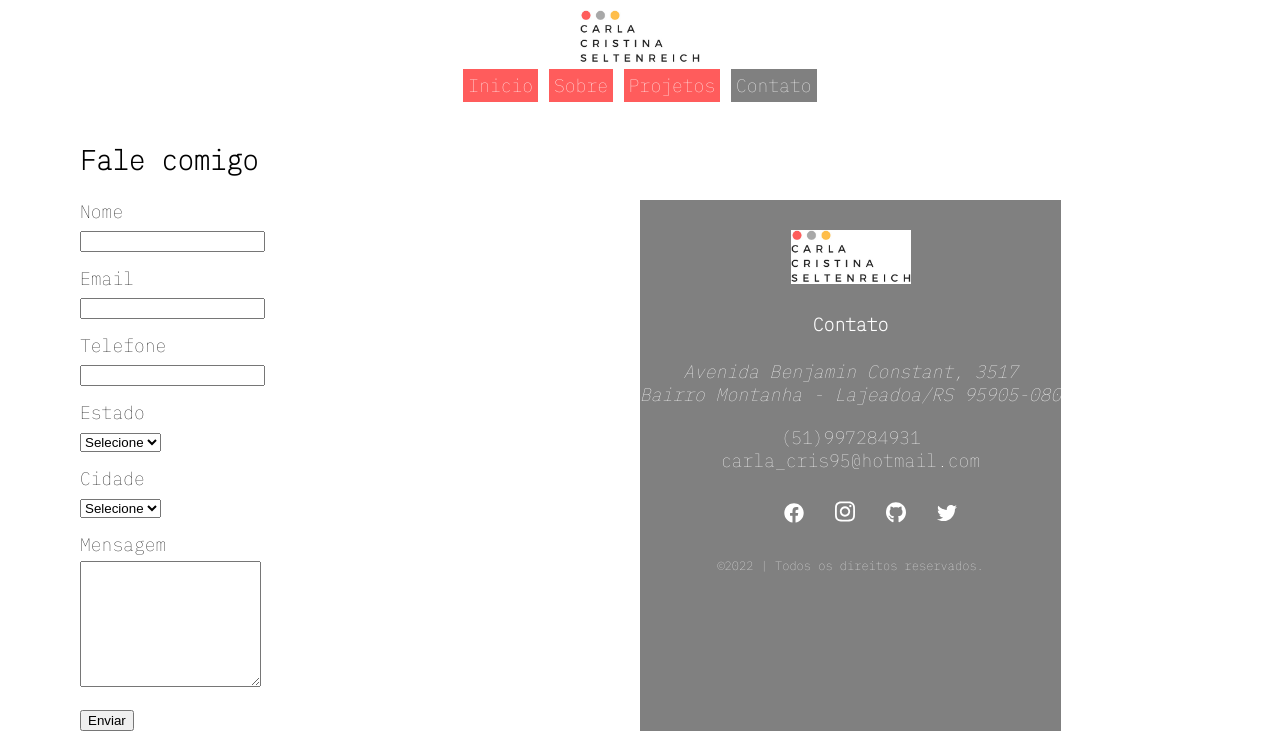
Repository: carla-seltenreich/portfolio
Page: contact.html
An editor plug-in stored every save of this project. The page is shown before and after the next save, followed by the edit.
The browser window is 1280 px wide. The pictures show the whole page.

Above is the page before, as saved 2022-05-26 04:37:35.

### contact.html
<!DOCTYPE html>
<html lang="en">

<head>
    <meta charset="UTF-8">
    <meta http-equiv="X-UA-Compatible" content="IE=edge">
    <meta name="viewport" content="width=device-width, initial-scale=1.0">
    <title>Carla Cristina Seltenreich</title>
    <link rel="preconnect" href="https://fonts.googleapis.com">
    <link rel="preconnect" href="https://fonts.gstatic.com" crossorigin>
    <link rel="stylesheet" href="style.css">

    <link href="preconnect" href="https://fonts.googleapis.com">
    <link rel="preconnect" href="https://fonts.gstatic.com" crossorigin>
    <link href="https://fonts.googleapis.com/css2?family=IBM+Plex+Mono:wght@100&family=Questrial&display=swap"
        rel="stylesheet">
</head>

<body>
    <header class="header">
        <div class="container header-container">
            <a href="index.html"><img src="Carla cristina sELTENREICH.jpg" alt="logo" class="brand"></a>
            <ul class="nav">
                <li>
                    <a href="index.html">Inicio</a>
                </li>
                <li>
                    <a href="about.html">Sobre</a>
                </li>
                <li>
                    <a href="project.html">Projetos</a>
                </li>
                <li>
                    <a href="contact.html" class="active">Contato</a>
                </li>
            </ul>
        </div>
    </header>
    <section class="container">
        <h2>Fale comigo</h2>
        <div class="page-contact">
            <form class="page-contact-form">
                <div class="form-group">
                    <label for="name">Nome</label>
                    <input class="form-item" type="text" id="name" name="name">
                </div>
                <div class="form-group">
                    <label for="email">Email</label>
                    <input class="form-item" type="email" id="email" name="email">
                </div>
                <div class="form-group">
                    <label for="phone">Telefone</label>
                    <input class="form-item" type="tel" id="phone" name="phone">
                </div>
                <div class="form-group">
                    <label for="UF">Estado</label>
                    <select class="form-item" id="UF" name="UF">
                        <option value="">Selecione</option>
                        <option value="rs">RS</option>
                    </select>
                </div>
                <div class="form-group">
                    <label for="city">Cidade</label>
                    <select class="form-item" id="city" name="city">
                        <option value="">Selecione</option>
                        <option value="1">Lajeado</option>
                    </select>
                </div>
                <div class="form-group">
                    <label for="message">Mensagem</label>
                    <textarea class="form-item" id="message" name="message" rows="8"></textarea>
                </div>
                <input type="submit" value="Enviar" class="btn">
            </form>
    <footer class="footer">
        <div class="container">
            <a href="index.html"><img src="Carla cristina sELTENREICH.jpg" alt="logo" class="brand"></a>
            <div class="footer-container">
                <div class="footer-contact">
                    <h4>Contato</h4>

                    <address>Avenida Benjamin Constant, 3517 <br />Bairro Montanha - Lajeadoa/RS 95905-080
                    </address>
                    <a href="#">(51)997284931</a>
                    <a href="#">carla_cris95@hotmail.com</a>
                </div>

                <div class="footer-social-medias">
                    <ul class="social-medias">
                        <li><a href="https://www.facebook.com/carla.cristina.16144/"><img src="facebook-brands (1).svg"
                                    alt="logo-facebook" class="logo-socialmedia"></a></li>
                        <li><a href="https://www.instagram.com/100meat/"><img src="instagram-brands (1).svg"
                                    alt="logo-instagram" class="logo-socialmedia"></a></li>
                        <li><a href="https://github.com/carla-seltenreich"><img src="github-brands.svg"
                                    alt="logo-github" class="logo-socialmedia"></a></li>
                        <li><a href="https://twitter.com/100meat"><img src="twitter-brands (1).svg" alt="logo-twitter"
                                    class="logo-socialmedia"></a></li>
                    </ul>
                </div>
                <div class="copyright">©2022 | Todos os direitos reservados.</div>
            </div>
    </footer>
</body>

</html>

### style.css
body {
    font-family: 'IBM Plex Mono';
    font-size: 18px;
    padding-top: 120px;
    margin: 0;
}

.container {
    max-width: 1120px;
    margin: 0 auto;
}

.header {
    background: #fff;
    position: absolute;
    width: 100%;
    text-align: center;
    top: 0;
    z-index: 1;
    padding: 10px 0;
    box-sizing: border-box;
    align-items: center;
}

.brand {
    max-width: 120px;
}

.nav {
    margin: 0;
    padding: 0;
    list-style: none;
}

.nav li {
    background-color: #ff5c5c;
    display: inline-block;
}

.nav a {
    color: #fff;
    display: block;
    padding: 5px;
    text-decoration: none;
}

.nav a:hover {
    color: gray;

}

.nav a.active {
    color: #fff;
    background: gray;
}

.name {
    padding: 7px;
}

.name-title {
    text-align: center;
    font-size: 30px;
}


.photo-banner {
    background-color: #ff5c5c;
    width: 500px;
    display: block;
    max-width: 100%;
    margin: 0 auto;
    border-radius: 8px;
}

.lastest-projects-home {
    background-color: #ff5c5c;
    color: #fff;
    padding: 50px;
    position: center;
}

.logo-project {
    width: 30px;
    height: 30px;
}

.text-about-home {
    margin: 90px;
    top: 808px;
    font-style: normal;
    font-weight: 400;
    font-size: 15px;
    line-height: 30px;
    /* or 200% */

    display: flex;
    align-items: center;
}

.title-project {
    position: absolute;
    width: 800px;
    height: 57px;
    left: 283px;
    top: 156px;

    font-style: normal;
    font-weight: 600;
    font-size: 44px;
    line-height: 57px;
    display: flex;
    align-items: center;
}

.text-project {
    position: absolute;
    width: 800px;
    height: 120px;
    left: 283px;
    top: 233px;
    font-style: normal;
    font-weight: 400;
    font-size: 20px;
    line-height: 30px;
    /* or 200% */

    display: flex;
    align-items: center;

    color: black;
}

.about-me-text {
    line-height: 30px;
    padding: 5px 70px;
}

.work {
    line-height: 30px;
    padding: 30px 80px;
}

.footer {
    color: #fff;
    background: grey;
    padding: 30px 0;
    text-align: center;
}

.footer-container {
    display: block;
    justify-content: center;
}

.footer-contact a {
    display: block;
    color: #fff;
    text-decoration: none;
}

.footer-social-medias {}

.social-medias li {
    display: inline-block;
}

.social-meidas a {
    display: block;
    font-size: 25px;
    padding: 20px 10px;

}

.logo-socialmedia {
    width: 20px;
    padding: 10px;
}

.footer-contact address {
    margin-bottom: 20px;
}

.copyright {
    font-size: 12px;
    margin-top: 20px;
}

.page-contact {
    display: flex;
    margin-bottom: 20px;
}

.page-contact-info {
    padding-left: 30px;
}

.page-contact-info a,
.page-contact-info address {
    color: #ff0077;
    font-weight: 600;
    font-style: normal;
    text-decoration: none;
}

.page-contact-info h3 {
    color: #78706e;
    margin: 0 0 5px;
    font-size: 14px;
}

.page-contact-form {
    width: 50%;
}

.form-group {
    margin-bottom: 15px;
}

.form-group label {
    display: block;
    margin-bottom: 5px;

    @media screen and (min-width: 768px) {
        body {
            padding-top: 80px;
        }

        .header-container {
            display: flex;
            justify-content: space-between;
        }

        .nav a {
            padding: 20px 10px;
        }
    }

### facebook-brands (1).svg
<svg xmlns="http://www.w3.org/2000/svg" viewBox="0 0 512 512"><!--! Font Awesome Pro 6.1.1 by @fontawesome - https://fontawesome.com License - https://fontawesome.com/license (Commercial License) Copyright 2022 Fonticons, Inc. --><path fill="#fff" d="M504 256C504 119 393 8 256 8S8 119 8 256c0 123.78 90.69 226.38 209.25 245V327.69h-63V256h63v-54.64c0-62.15 37-96.48 93.67-96.48 27.14 0 55.52 4.84 55.52 4.84v61h-31.28c-30.8 0-40.41 19.12-40.41 38.73V256h68.78l-11 71.69h-57.78V501C413.31 482.38 504 379.78 504 256z"/></svg>

### instagram-brands (1).svg
<svg xmlns="http://www.w3.org/2000/svg" viewBox="0 0 448 512"><!--! Font Awesome Pro 6.1.1 by @fontawesome - https://fontawesome.com License - https://fontawesome.com/license (Commercial License) Copyright 2022 Fonticons, Inc. --><path fill="#fff" d="M224.1 141c-63.6 0-114.9 51.3-114.9 114.9s51.3 114.9 114.9 114.9S339 319.5 339 255.9 287.7 141 224.1 141zm0 189.6c-41.1 0-74.7-33.5-74.7-74.7s33.5-74.7 74.7-74.7 74.7 33.5 74.7 74.7-33.6 74.7-74.7 74.7zm146.4-194.3c0 14.9-12 26.8-26.8 26.8-14.9 0-26.8-12-26.8-26.8s12-26.8 26.8-26.8 26.8 12 26.8 26.8zm76.1 27.2c-1.7-35.9-9.9-67.7-36.2-93.9-26.2-26.2-58-34.4-93.9-36.2-37-2.1-147.9-2.1-184.9 0-35.8 1.7-67.6 9.9-93.9 36.1s-34.4 58-36.2 93.9c-2.1 37-2.1 147.9 0 184.9 1.7 35.9 9.9 67.7 36.2 93.9s58 34.4 93.9 36.2c37 2.1 147.9 2.1 184.9 0 35.9-1.7 67.7-9.9 93.9-36.2 26.2-26.2 34.4-58 36.2-93.9 2.1-37 2.1-147.8 0-184.8zM398.8 388c-7.8 19.6-22.9 34.7-42.6 42.6-29.5 11.7-99.5 9-132.1 9s-102.7 2.6-132.1-9c-19.6-7.8-34.7-22.9-42.6-42.6-11.7-29.5-9-99.5-9-132.1s-2.6-102.7 9-132.1c7.8-19.6 22.9-34.7 42.6-42.6 29.5-11.7 99.5-9 132.1-9s102.7-2.6 132.1 9c19.6 7.8 34.7 22.9 42.6 42.6 11.7 29.5 9 99.5 9 132.1s2.7 102.7-9 132.1z"/></svg>

### github-brands.svg
<svg xmlns="http://www.w3.org/2000/svg" viewBox="0 0 496 512"><!--! Font Awesome Pro 6.1.1 by @fontawesome - https://fontawesome.com License - https://fontawesome.com/license (Commercial License) Copyright 2022 Fonticons, Inc. --><path fill="#fff" d="M165.9 397.4c0 2-2.3 3.6-5.2 3.6-3.3.3-5.6-1.3-5.6-3.6 0-2 2.3-3.6 5.2-3.6 3-.3 5.6 1.3 5.6 3.6zm-31.1-4.5c-.7 2 1.3 4.3 4.3 4.9 2.6 1 5.6 0 6.2-2s-1.3-4.3-4.3-5.2c-2.6-.7-5.5.3-6.2 2.3zm44.2-1.7c-2.9.7-4.9 2.6-4.6 4.9.3 2 2.9 3.3 5.9 2.6 2.9-.7 4.9-2.6 4.6-4.6-.3-1.9-3-3.2-5.9-2.9zM244.8 8C106.1 8 0 113.3 0 252c0 110.9 69.8 205.8 169.5 239.2 12.8 2.3 17.3-5.6 17.3-12.1 0-6.2-.3-40.4-.3-61.4 0 0-70 15-84.7-29.8 0 0-11.4-29.1-27.8-36.6 0 0-22.9-15.7 1.6-15.4 0 0 24.9 2 38.6 25.8 21.9 38.6 58.6 27.5 72.9 20.9 2.3-16 8.8-27.1 16-33.7-55.9-6.2-112.3-14.3-112.3-110.5 0-27.5 7.6-41.3 23.6-58.9-2.6-6.5-11.1-33.3 2.6-67.9 20.9-6.5 69 27 69 27 20-5.6 41.5-8.5 62.8-8.5s42.8 2.9 62.8 8.5c0 0 48.1-33.6 69-27 13.7 34.7 5.2 61.4 2.6 67.9 16 17.7 25.8 31.5 25.8 58.9 0 96.5-58.9 104.2-114.8 110.5 9.2 7.9 17 22.9 17 46.4 0 33.7-.3 75.4-.3 83.6 0 6.5 4.6 14.4 17.3 12.1C428.2 457.8 496 362.9 496 252 496 113.3 383.5 8 244.8 8zM97.2 352.9c-1.3 1-1 3.3.7 5.2 1.6 1.6 3.9 2.3 5.2 1 1.3-1 1-3.3-.7-5.2-1.6-1.6-3.9-2.3-5.2-1zm-10.8-8.1c-.7 1.3.3 2.9 2.3 3.9 1.6 1 3.6.7 4.3-.7.7-1.3-.3-2.9-2.3-3.9-2-.6-3.6-.3-4.3.7zm32.4 35.6c-1.6 1.3-1 4.3 1.3 6.2 2.3 2.3 5.2 2.6 6.5 1 1.3-1.3.7-4.3-1.3-6.2-2.2-2.3-5.2-2.6-6.5-1zm-11.4-14.7c-1.6 1-1.6 3.6 0 5.9 1.6 2.3 4.3 3.3 5.6 2.3 1.6-1.3 1.6-3.9 0-6.2-1.4-2.3-4-3.3-5.6-2z"/></svg>

### twitter-brands (1).svg
<svg xmlns="http://www.w3.org/2000/svg" viewBox="0 0 512 512"><!--! Font Awesome Pro 6.1.1 by @fontawesome - https://fontawesome.com License - https://fontawesome.com/license (Commercial License) Copyright 2022 Fonticons, Inc. --><path fill="#fff" d="M459.37 151.716c.325 4.548.325 9.097.325 13.645 0 138.72-105.583 298.558-298.558 298.558-59.452 0-114.68-17.219-161.137-47.106 8.447.974 16.568 1.299 25.34 1.299 49.055 0 94.213-16.568 130.274-44.832-46.132-.975-84.792-31.188-98.112-72.772 6.498.974 12.995 1.624 19.818 1.624 9.421 0 18.843-1.3 27.614-3.573-48.081-9.747-84.143-51.98-84.143-102.985v-1.299c13.969 7.797 30.214 12.67 47.431 13.319-28.264-18.843-46.781-51.005-46.781-87.391 0-19.492 5.197-37.36 14.294-52.954 51.655 63.675 129.3 105.258 216.365 109.807-1.624-7.797-2.599-15.918-2.599-24.04 0-57.828 46.782-104.934 104.934-104.934 30.213 0 57.502 12.67 76.67 33.137 23.715-4.548 46.456-13.32 66.599-25.34-7.798 24.366-24.366 44.833-46.132 57.827 21.117-2.273 41.584-8.122 60.426-16.243-14.292 20.791-32.161 39.308-52.628 54.253z"/></svg>

After the next save:
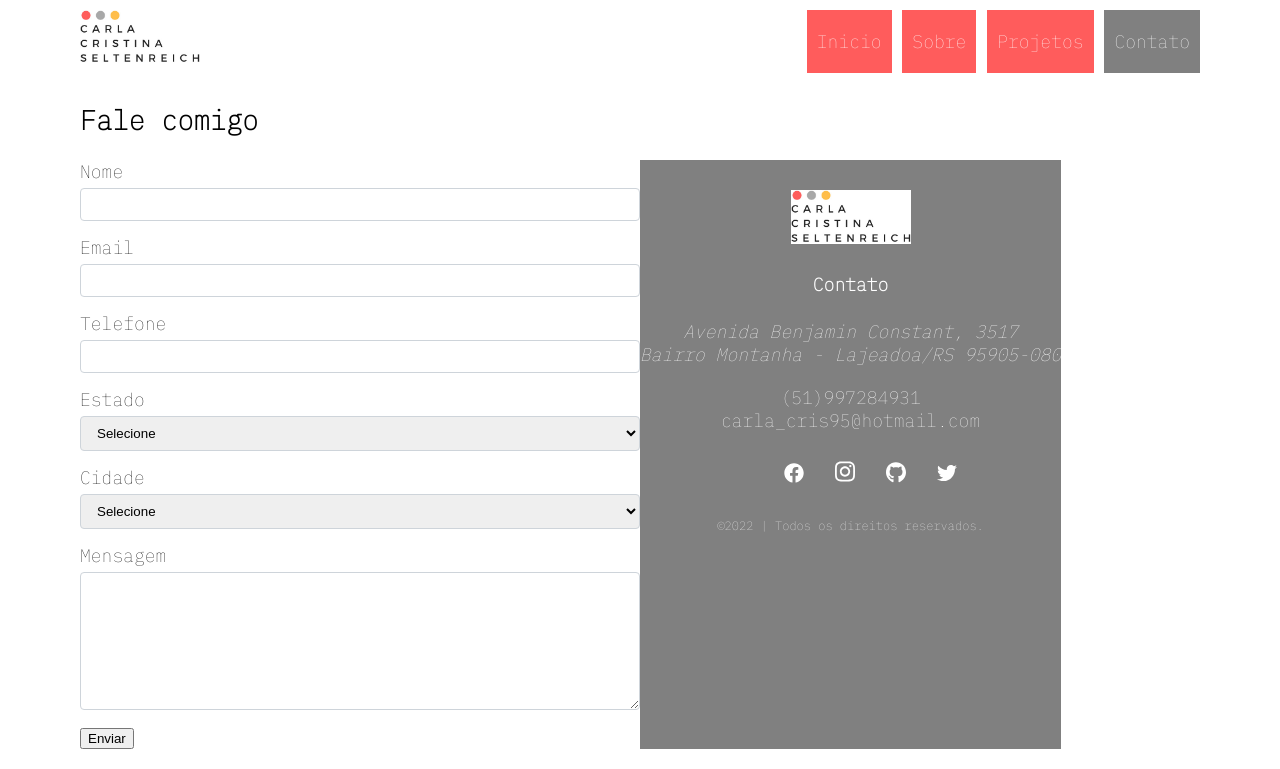
Saved 41 s later.
--- a/style.css
+++ b/style.css
@@ -220,6 +220,19 @@ body {
 .form-group label {
     display: block;
     margin-bottom: 5px;
+}
+.form-item {
+    width: 100%;
+    display: block;
+    padding: 0.5rem 0.75rem;
+    border: 1px solid #ced4da;
+    border-radius: 0.25rem;
+    box-sizing: border-box;
+}
+.form-item:focus {
+    outline: none;
+    border-color: #fdb1d5;
+}
 
     @media screen and (min-width: 768px) {
         body {
